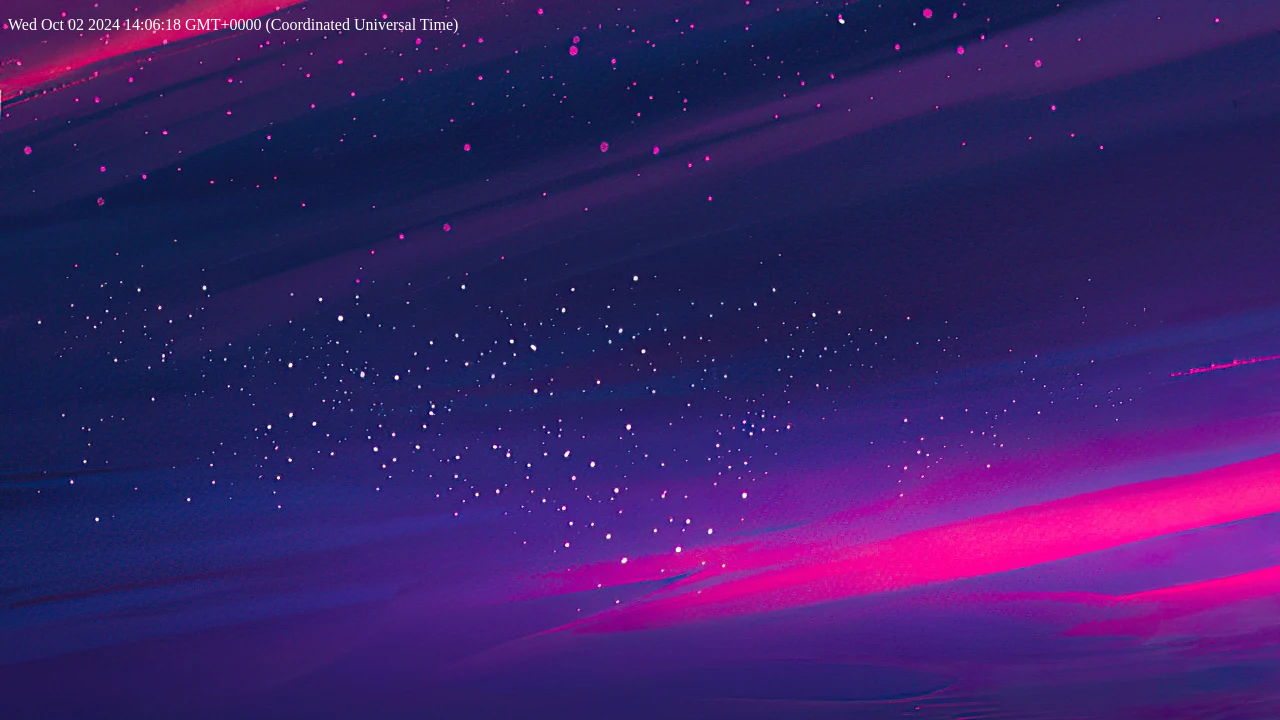
Repository: demoniers/clase
Page: lenguajes/html/ejercicio6/src/index.html
The author's editor kept a copy of each file at every save. The page is drawn from the files as they stood at one save, then again after the next save.
The browser window is 1280 px wide. The pictures show the whole page.

Above is the page before, as saved 2024-10-08 12:52:18.

After the next save:
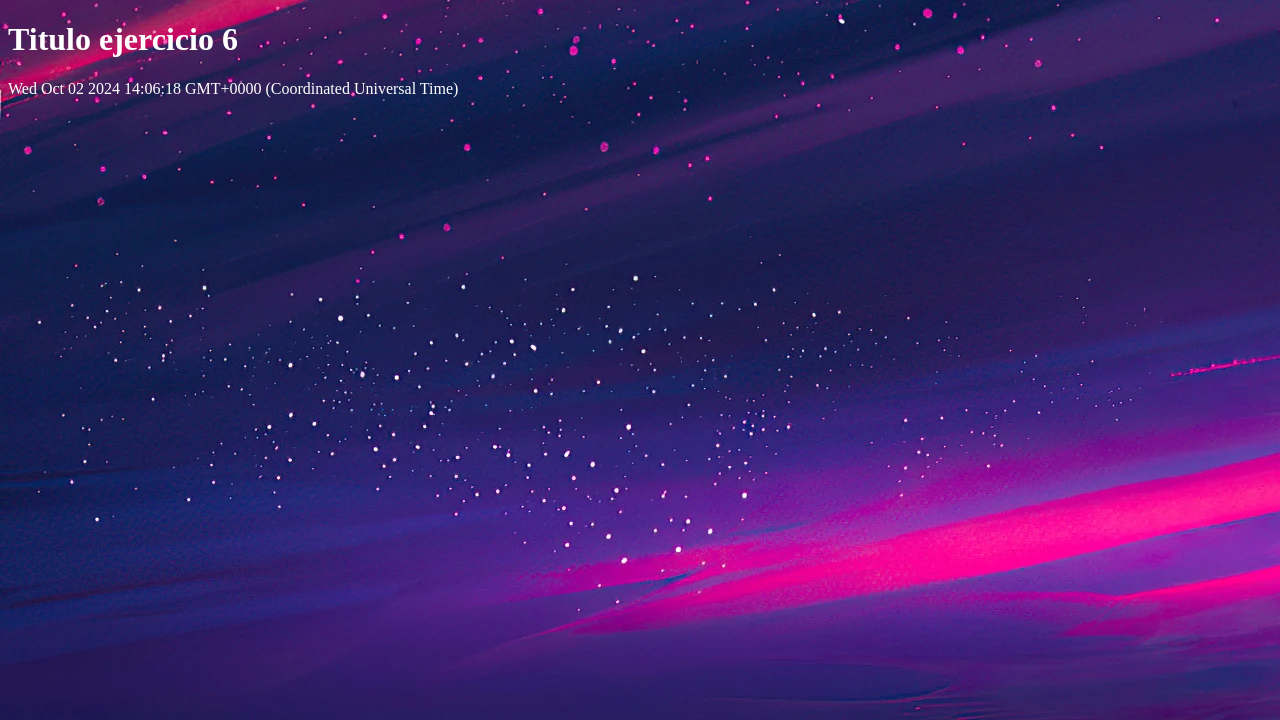
Saved 5 min 31 s later.
--- a/lenguajes/html/ejercicio6/src/index.html
+++ b/lenguajes/html/ejercicio6/src/index.html
@@ -11,8 +11,11 @@
   </head>
 
   <body>
+    <h1 class="encabezado">Titulo ejercicio 6</h1>
     <div id="container">
-
+      <div id="conent1"></div>
+      <div id="conent2"></div>
+      <div id="conent3"></div>
     </div>
     <p id="fh"></p>
   </body>
